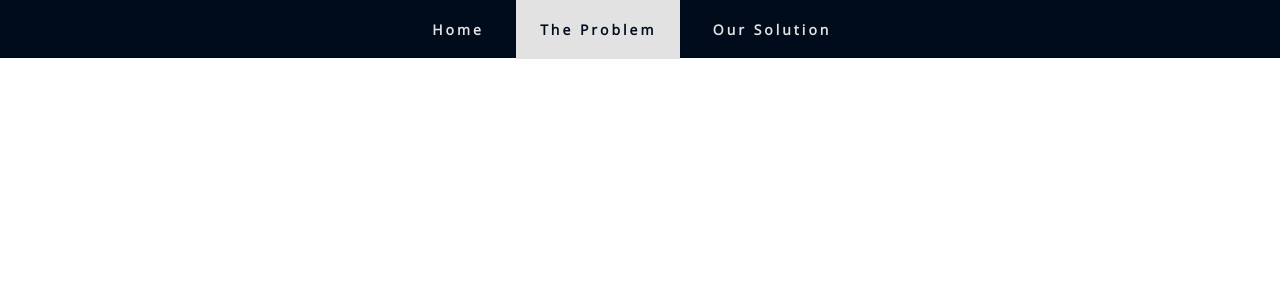
Repository: alex-oh205/website-template
Page: problem.html
An editor plug-in stored every save of this project. The page is shown before and after the next save, followed by the edit.
The browser window is 1280 px wide. The pictures show the whole page.

Above is the page before, as saved 2021-10-05 17:50:26.

### problem.html
<!DOCTYPE html>
<html>
    <head>
        <meta charset="utf-8">
        <title> - The Problem</title>
        <link rel="stylesheet" href="style.css">
        <link rel="preconnect" href="https://fonts.googleapis.com">
        <link rel="preconnect" href="https://fonts.gstatic.com" crossorigin>
        <link href="https://fonts.googleapis.com/css2?family=Open+Sans&display=swap" rel="stylesheet">
    </head>
    <body>
        <nav>
            <ul class="nav-links">
                <li>
                    <a href="index.html" id="home">Home</a>
                </li>
                <li>
                    <a href="problem.html" class="active problem-solution">The Problem</a>
                </li>
                <li>
                    <a href="solution.html" class="problem-solution">Our Solution</a>
                </li>
                <li class="dropdown"><a class="dropdown-toggle" data-toggle="dropdown" href="#"><span class="caret"></span></a>
                    <ul class="dropdown-menu" style='background-color: #4f231d'>

                    </ul>
                </li>
            </ul>
            <div class="burger">
                <div class="line1"></div>
                <div class="line2"></div>
                <div class="line3"></div>
            </div>
        </nav>
        <script src="scripts/app.js"></script>
    </body>
</html>

### style.css
nav {
    position: fixed;
    top: 0;
    left: 0;
    z-index: 9999;
    width: 100%;
    display: flex;
    justify-content: space-around;
    align-items: center;
    min-height: 8vh;
    background-color: #000b1c;
    font-family: 'Open Sans', sans-serif;
}
.nav-links {
    display: flex;
    justify-content: space-around;
    width: 40%; /*You can play around with the width */
}
.nav-links li {
    list-style: none; /*Removing the bullet points*/
}
.nav-links a{
    color: rgb(226, 226, 226);
    text-decoration: none;
    letter-spacing: 3px;
    font-weight: bold;
    font-size: 14px;
    padding: 29px 24px;
}
.burger {
    display: none;
    cursor: pointer;
}
.burger div {
    width: 25px;
    height: 3px;
    background-color: rgb(226, 226, 226);
    margin: 5px;
    transition: all 0.3s ease;
}
.nav-links a.active {
    color: #000b1c;
    background-color: rgb(226, 226, 226);
}
@media screen and (max-width:1250px) {
    .nav-links {
        width: 50%;
    }
}
@media screen and (max-width:1024px) {
    .nav-links {
        width: 60%;
    }
}
@media screen and (max-width:800px) {
    .nav-links {
        width: 70%;
    }
}
@media screen and (max-width:768px) {
    body {
        overflow-x: hidden;
    }
    .nav-links {
        position: absolute;
        right: 0px;
        height: 92vh;
        top: 8vh;
        margin: 0px;
        padding: 0px;
        background-color: #000b1c;
        display: flex;
        flex-direction: column;
        align-items: center;
        width: 50%;
        transform: translateX(100%);
        transition: transform 0.5s ease-in;
    }
    .nav-links li {
        opacity: 0;
    }
    .nav-links a {
        text-align: center;
        display: inline;
    }
    .nav-links #home {
        padding: 29px 160px;
    }
    .nav-links a.problem-solution {
        padding: 29px 130px;
    }
    .burger {
        display: block;
    }
}
@media screen and (max-width: 760px) {
    .nav-links a.problem-solution {
        padding: 29px 120px;
    }
}
@media screen and (max-width: 730px) {
    .nav-links #home {
        padding: 29px 150px;
    }
    .nav-links a.problem-solution {
        padding: 29px 110px;
    }
}
@media screen and (max-width: 704px) {
    .nav-links #home {
        padding: 29px 140px;
    }
    .nav-links a.problem-solution {
        padding: 29px 100px;
    }
}
@media screen and (max-width: 640px) {
    .nav-links #home {
        padding: 29px 130px;
    }
    .nav-links a.problem-solution {
        padding: 29px 90px;
    }
}
@media screen and (max-width: 600px) {
    .nav-links #home {
        padding: 29px 120px;
    }
    .nav-links a.problem-solution {
        padding: 29px 80px;
    }
}
@media screen and (max-width: 560px) {
    .nav-links #home {
        padding: 29px 110px;
    }
    .nav-links a.problem-solution {
        padding: 29px 65px;
    }
}
@media screen and (max-width: 512px) {
    .nav-links #home {
        padding: 29px 100px;
    }
    .nav-links a.problem-solution {
        padding: 29px 60px;
    }
}
@media screen and (max-height:768px) and (min-width: 768.1px) {
    .nav-links a {
        padding: 20px 24px;
    }
}
@media screen and (max-height:512px) and (min-width: 768.1px) {
    .nav-links a {
        padding: 18px 24px;
    }
}
.nav-active{
    transform: translateX(0%);
}
@keyframes navLinkFade {
    from {
        opacity: 0;
        transform: translateX(50px);
    }
    to {
        opacity: 1;
        transform: translateX(0px);
    }
}
.toggle .line1 {
    transform: rotate(-45deg) translate(-5px, 6px);
}
.toggle .line2 {
    opacity: 0;
}
.toggle .line3 {
    transform: rotate(45deg) translate(-5px, -6px);
}

### scripts/app.js
const formInputs = document.querySelectorAll('.input_form');
const navSlide = () => {
    const burger = document.querySelector('.burger');
    const nav = document.querySelector('.nav-links');
    const navLinks = document.querySelectorAll('.nav-links li');

    burger.addEventListener('click', () => {
        //Toggle Nav
        nav.classList.toggle('nav-active');

        //Animate Links
        navLinks.forEach((link, index) => {
            if (link.style.animation) {
                link.style.animation = '';
            } else {
                link.style.animation = `navLinkFade 0.5s ease forwards ${index / 7 + 0.3}s`;
            }
        });
        //Burger Animation
        burger.classList.toggle('toggle');

    });

}

navSlide();

After the next save:
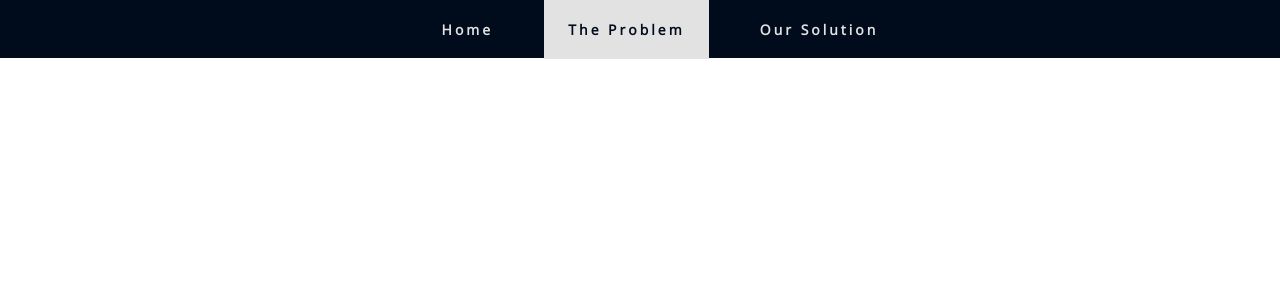
Saved 11 s later.
--- a/problem.html
+++ b/problem.html
@@ -20,11 +20,6 @@
                 <li>
                     <a href="solution.html" class="problem-solution">Our Solution</a>
                 </li>
-                <li class="dropdown"><a class="dropdown-toggle" data-toggle="dropdown" href="#"><span class="caret"></span></a>
-                    <ul class="dropdown-menu" style='background-color: #4f231d'>
-
-                    </ul>
-                </li>
             </ul>
             <div class="burger">
                 <div class="line1"></div>
